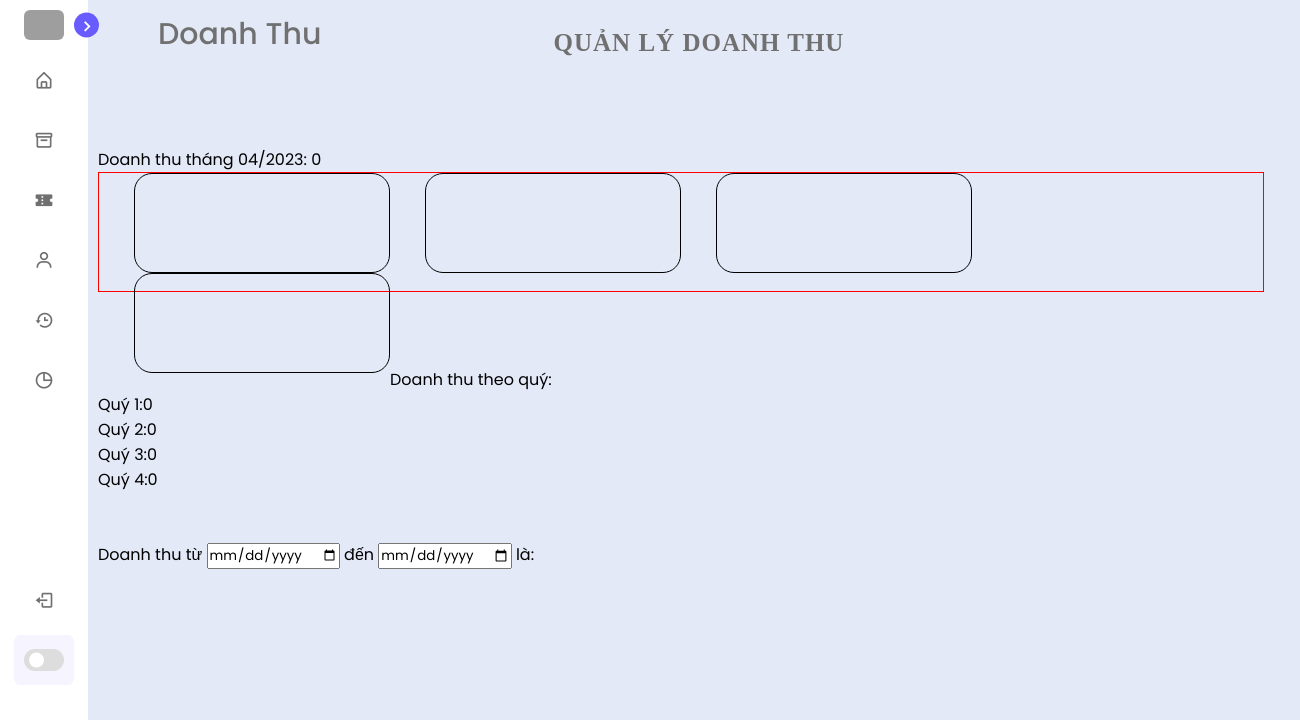
Repository: JeffDaveHudson/CapstoneProject
Page: http://localhost/CapstoneProject/revenue
These files come from the project's save history. The page is drawn as it stood at one moment and after the next save; the edit follows.
The browser window is 1280 px wide. The page is 1300 px wide, so the pictures cover 1300 px, including what lies to the right of the window. The pictures show the whole page.
Pictures or frames that could not be fetched are drawn as grey boxes. The page is served by Tomcat 9. Queries for data that is not in the repository find no rows.

Above is the page before, as saved 2023-06-14 03:34:15.

After the next save:
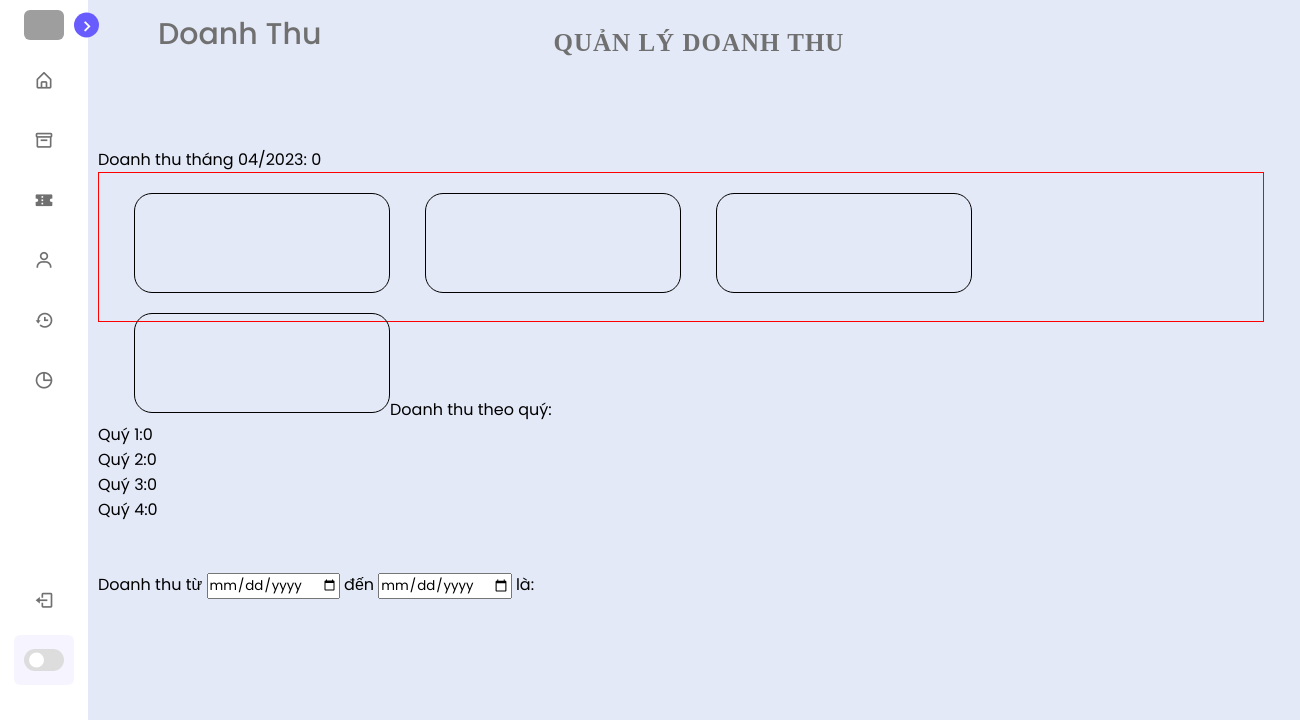
Saved 30 s later.
--- a/CapstoneProject/src/main/webapp/admin/Revenue.jsp
+++ b/CapstoneProject/src/main/webapp/admin/Revenue.jsp
@@ -24,7 +24,7 @@
 .div{
 	border: 1px solid red;
 	width: 97%;
-	height: 120px;
+	height: 150px;
 }
 
 .div .div1{
@@ -34,6 +34,7 @@
 	border-radius: 18px;
 	float: left;
 	margin-left: 35px;
+	margin-top: 20px;
 }
 </style>
 
